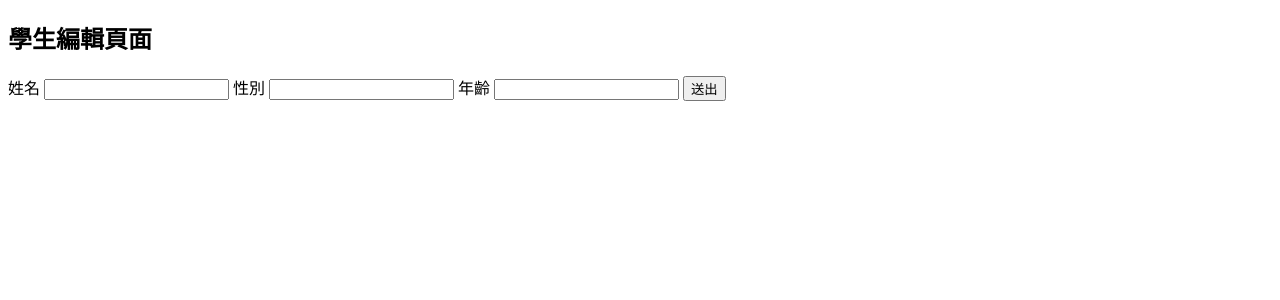
Repository: AirconChen/PracticeSpringMVC
Page: http://localhost/FormSpringMVCWAR/demo/edit
The author's editor kept a copy of each file at every save. The page is drawn from the files as they stood at one save, then again after the next save.
The browser window is 1280 px wide. The pictures show the whole page.
The page is served by Tomcat 9. Other server files are loaded and not shown.

Above is the page before, as saved 2015-11-11 04:14:18.

### FormSpringMVCWAR/WebContent/WEB-INF/jsp/edit.jsp
<%@ page language="java" contentType="text/html; charset=utf-8" pageEncoding="utf-8"%>
<!DOCTYPE html PUBLIC "-//W3C//DTD HTML 4.01 Transitional//EN" "http://www.w3.org/TR/html4/loose.dtd">
<html>
<head>
<meta http-equiv="Content-Type" content="text/html; charset=utf-8">
<title>學生編輯頁面</title>
</head>
<body>
	<h2>學生編輯頁面</h2>
	<form:form method="POST" action="/demo/result">
		<label for="name">姓名
		<input type="text" name="name" value=""/>
		</label>
		<label for="gender">性別
		<input type="text" name="gender" value=""/>
		</label>
		<label for="age">年齡
		<input type="text" name="age" value=""/>
		</label>
		<input type="submit" value="送出"/>
	</form:form>
</body>
</html>

### FormSpringMVCWAR/src/com/fpg/ec/modal/Student.java
package com.fpg.ec.modal;

public class Student {
	private String name;
	private String gender;
	private String age;



	public String getName() {
		return name;
	}
	public void setName(String name) {
		this.name = name;
	}
	public String getGender() {
		return gender;
	}
	public void setGender(String gender) {
		this.gender = gender;
	}
	public String getAge() {
		return age;
	}
	public void setAge(String age) {
		this.age = age;
	}


}

After the next save:
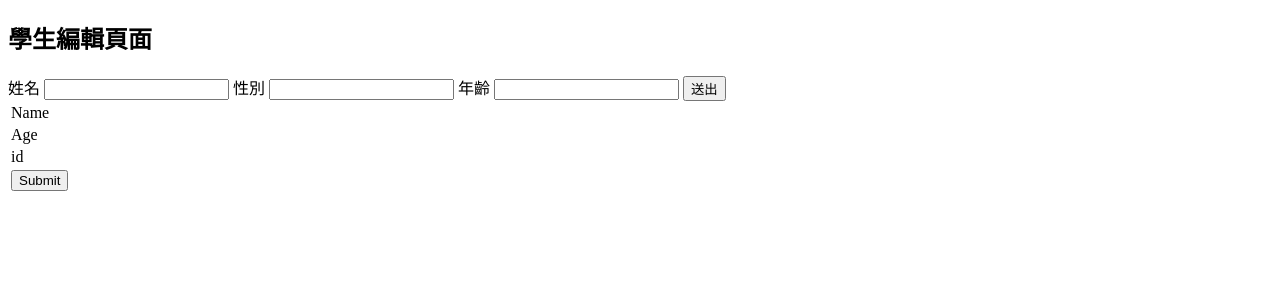
Saved 25 s later.
--- a/FormSpringMVCWAR/WebContent/WEB-INF/jsp/edit.jsp
+++ b/FormSpringMVCWAR/WebContent/WEB-INF/jsp/edit.jsp
@@ -1,4 +1,5 @@
-<%@ page language="java" contentType="text/html; charset=utf-8" pageEncoding="utf-8"%>
+<%@ page language="java" contentType="text/html; charset=utf-8"
+	pageEncoding="utf-8"%>
 <!DOCTYPE html PUBLIC "-//W3C//DTD HTML 4.01 Transitional//EN" "http://www.w3.org/TR/html4/loose.dtd">
 <html>
 <head>
@@ -8,16 +9,33 @@
 <body>
 	<h2>學生編輯頁面</h2>
 	<form:form method="POST" action="/demo/result">
-		<label for="name">姓名
-		<input type="text" name="name" value=""/>
+		<label for="name">姓名 <input type="text" name="name" value="" />
 		</label>
-		<label for="gender">性別
-		<input type="text" name="gender" value=""/>
+		<label for="gender">性別 <input type="text" name="gender"
+			value="" />
 		</label>
-		<label for="age">年齡
-		<input type="text" name="age" value=""/>
+		<label for="age">年齡 <input type="text" name="age" value="" />
 		</label>
-		<input type="submit" value="送出"/>
+		<input type="submit" value="送出" />
+	</form:form>
+	<form:form method="POST" action="/HelloWeb/addStudent">
+		<table>
+			<tr>
+				<td><form:label path="name">Name</form:label></td>
+				<td><form:input path="name" /></td>
+			</tr>
+			<tr>
+				<td><form:label path="age">Age</form:label></td>
+				<td><form:input path="age" /></td>
+			</tr>
+			<tr>
+				<td><form:label path="id">id</form:label></td>
+				<td><form:input path="id" /></td>
+			</tr>
+			<tr>
+				<td colspan="2"><input type="submit" value="Submit" /></td>
+			</tr>
+		</table>
 	</form:form>
 </body>
 </html>
